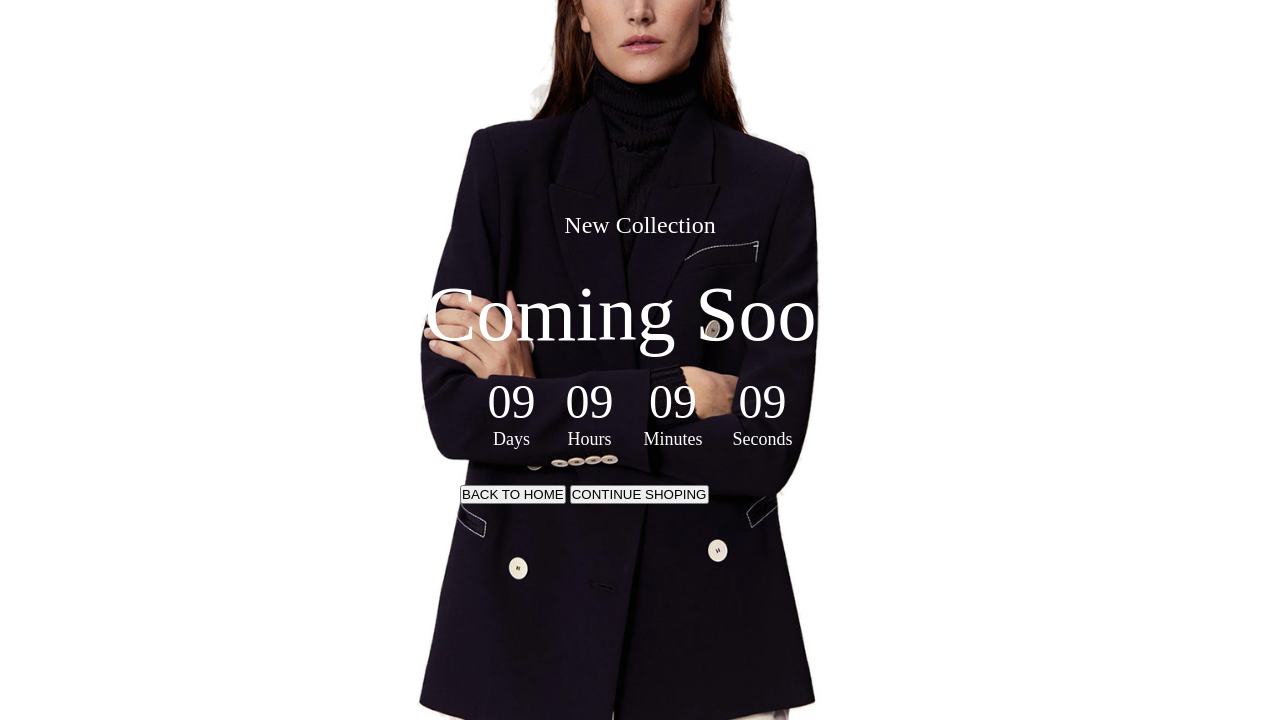
Repository: ST-United-Internship/Modaz-4life
Page: comingsoon&FAQ/coming-soon.html
An editor plug-in stored every save of this project. The page is shown before and after a run of saves, followed by the edit.
The browser window is 1280 px wide. The pictures show the whole page.

Above is the page before, as saved 2023-03-21 14:59:40.

After the next 5 saves:
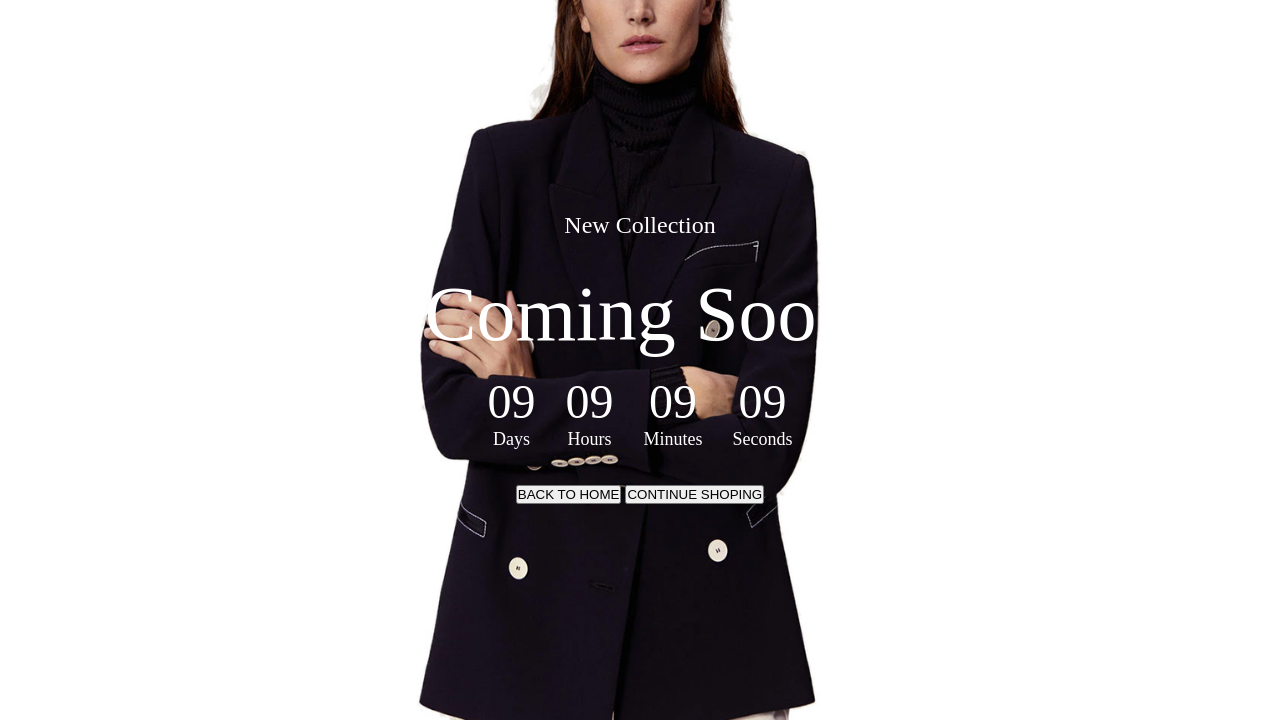
The 5 saves are shown as one change because they came seconds apart.
The last was saved 58 s later.
--- a/comingsoon&FAQ/css/layout.css
+++ b/comingsoon&FAQ/css/layout.css
@@ -109,9 +109,9 @@ body .container{
 }
 
 .flat-button{
-    position: relative;
+    /* position: relative;
+    max-width: 360px;
+    width: 100%; */
     height: 40px;
-    max-width: 360px;
-    width: 100%;
     margin-top: 20px;
 }
